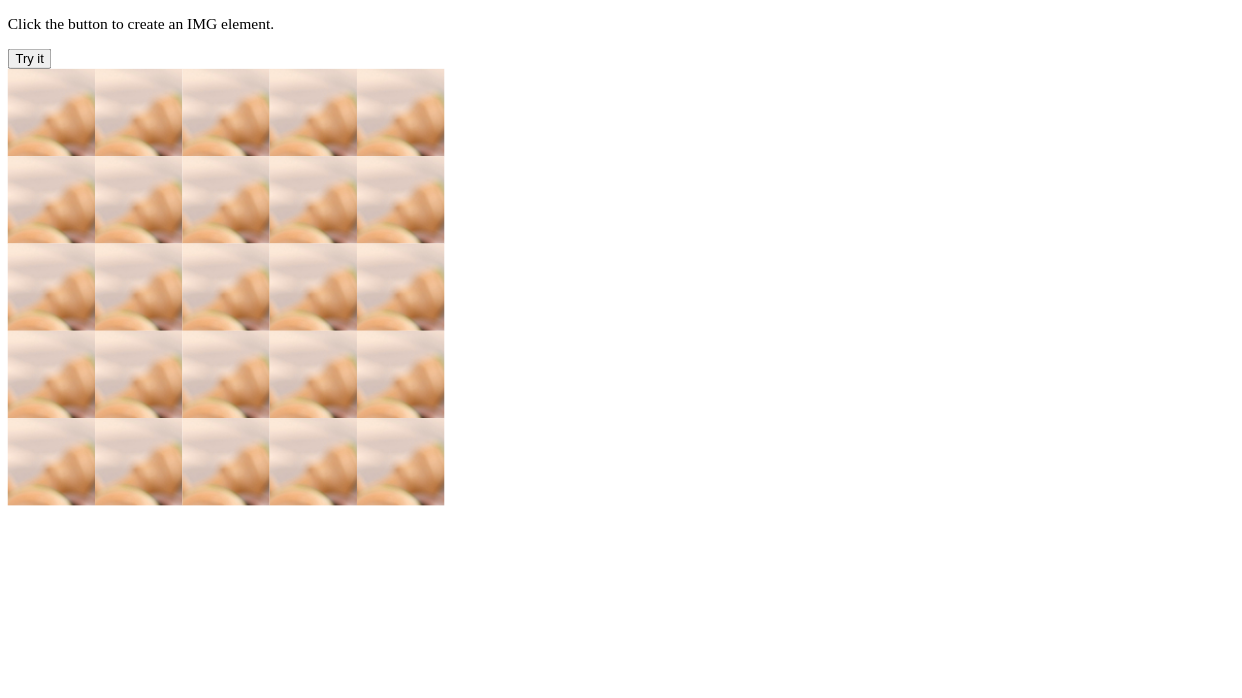
Repository: rashmikagamage/puzzle-vanila-js
Page: index.html
An editor plug-in stored every save of this project. The page is shown before and after the next save, followed by the edit.
The browser window is 1280 px wide. The pictures show the whole page, at 97% of full size.

Above is the page before, as saved 2020-08-05 22:37:30.

### index.html
<!DOCTYPE html>
<html>

<head>
    <link rel="stylesheet" type="text/css" href="./style.css">
</head>

<body>

    <p>Click the button to create an IMG element.</p>

    <button onclick="myFunction(5)">Try it</button>
    <div class="gridContainer" id="imgContainer"></div>
    <script src="./function.js">
    </script>

</body>

</html>

### style.css
.gridContainer {
    display: grid;
}

### function.js
function myFunction(num) {

    let cellSize = 450 / num + "px";
    let diff = 100 / num;
    let grid = "";
    let row = num;
    let col = num;
    let idCount = 0
    let xPosition = 80;
    let yPosition = 80;
    console.log(cellSize)

    for (let i = 0; i < num; i++) {
        grid = grid + cellSize + " ";
    }

    document.getElementById("imgContainer").style.gridTemplateColumns = grid;

    for (let i = 0; i < row; i++) {

        let yPosition = 0;

        for (let j = 0; j < col; j++) {

            var x = document.createElement("div");
            x.style.width = cellSize;
            x.style.height = cellSize;
            x.style.backgroundImage = "url('./chess.jpg')"
            x.style.backgroundPosition = xPosition + "% " + yPosition + "%"
            x.id = "img" + idCount;
            document.getElementById("imgContainer").appendChild(x);
            // yPosition = yPosition + (100/num);
        }
        // xPosition = xPosition + (100/num);
    }
}

myFunction(5);

After the next save:
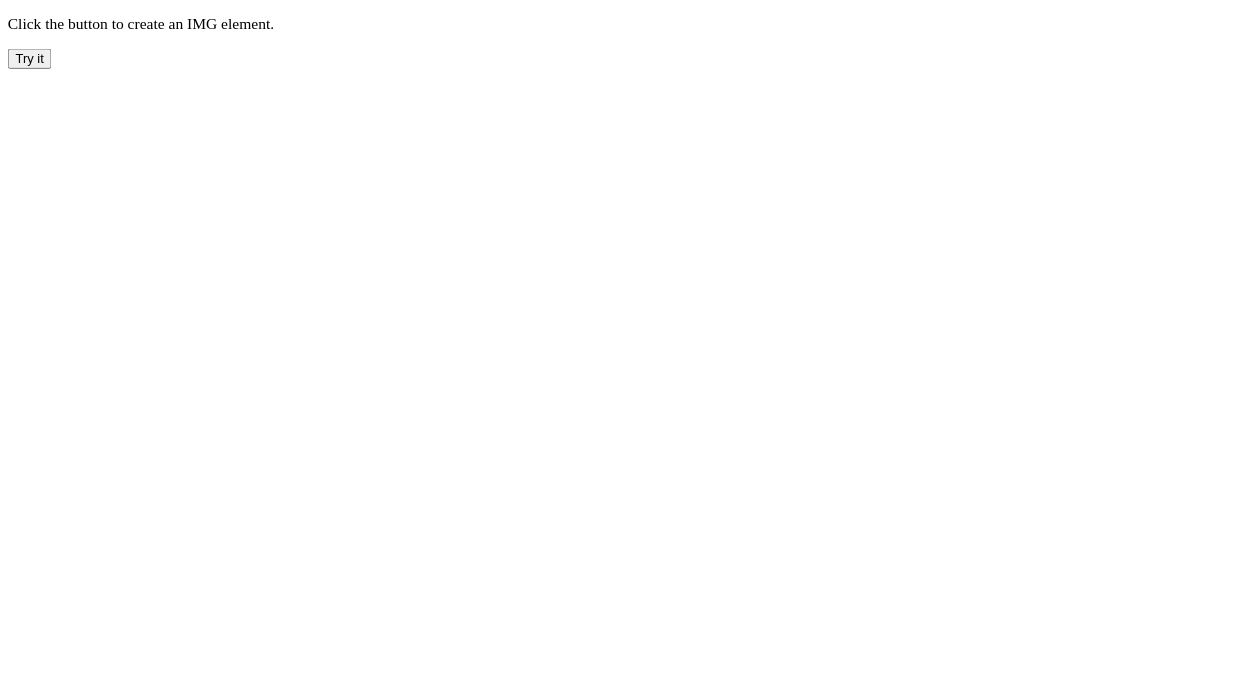
Console error: SyntaxError: Unexpected identifier 'px'
Saved 44 s later.
--- a/function.js
+++ b/function.js
@@ -27,6 +27,7 @@
             x.style.height = cellSize;
             x.style.backgroundImage = "url('./chess.jpg')"
             x.style.backgroundPosition = xPosition + "% " + yPosition + "%"
+            x.style.marginTop = 90 px;
             x.id = "img" + idCount;
             document.getElementById("imgContainer").appendChild(x);
             // yPosition = yPosition + (100/num);

After the save that followed:
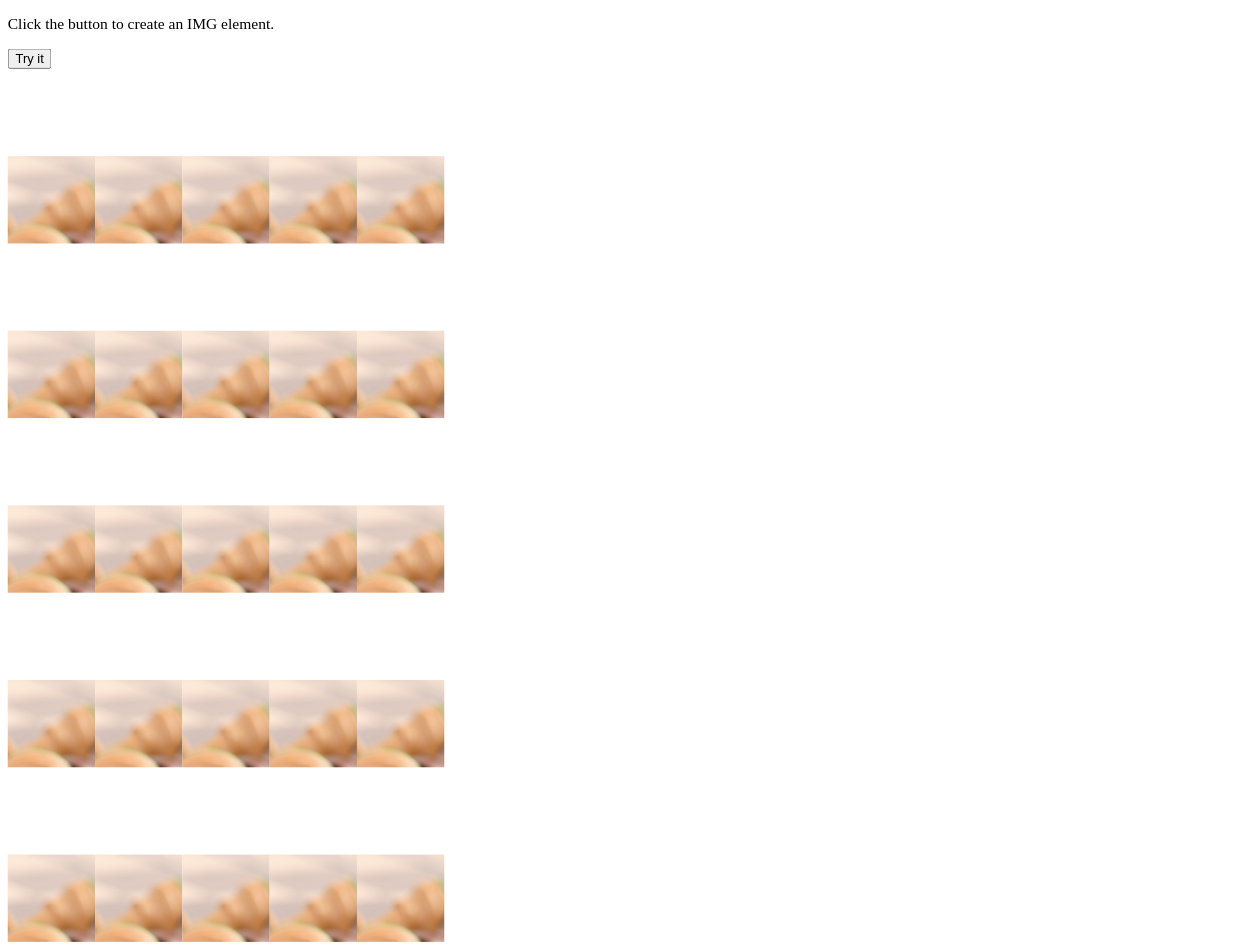
The error is gone.
Saved 13 s later.
--- a/function.js
+++ b/function.js
@@ -27,7 +27,7 @@
             x.style.height = cellSize;
             x.style.backgroundImage = "url('./chess.jpg')"
             x.style.backgroundPosition = xPosition + "% " + yPosition + "%"
-            x.style.marginTop = 90 px;
+            x.style.marginTop = "90px";
             x.id = "img" + idCount;
             document.getElementById("imgContainer").appendChild(x);
             // yPosition = yPosition + (100/num);
